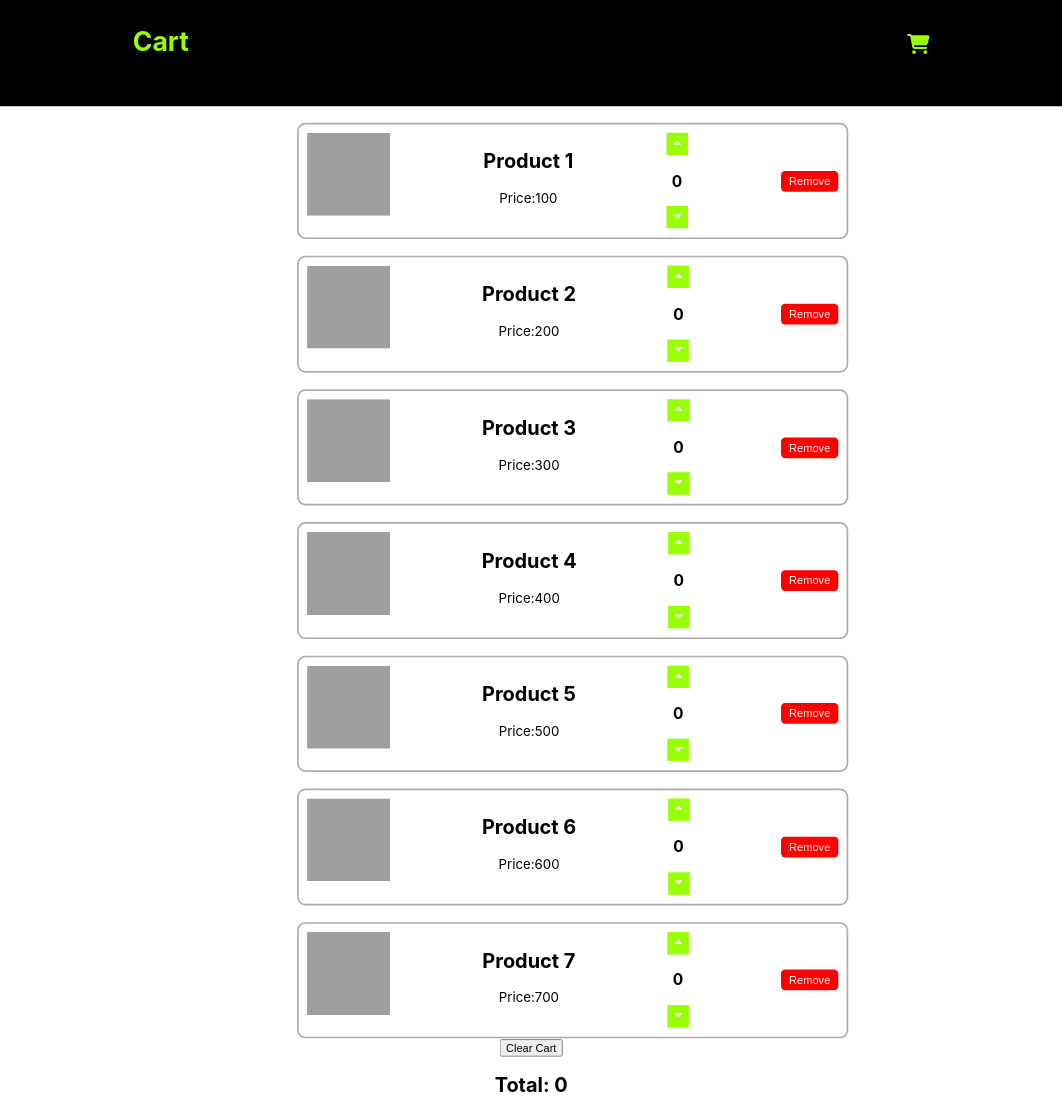
Repository: sriram1224/Cart-react-app
Page: /
The author's editor kept a copy of each file at every save. The page is drawn from the files as they stood at one save, then again after the next save.
The browser window is 1280 px wide. The pictures show the whole page, at 83% of full size.
Pictures or frames that could not be fetched are drawn as grey boxes. The project was rebuilt for these pictures with package versions that can differ from the ones it lists, and the page was loaded fresh each time.

Above is the page before, as saved 2024-03-12 22:26:19.

### public/index.html
<!DOCTYPE html>
<html lang="en">

<head>
  <meta charset="utf-8" />
  <link rel="icon" href="%PUBLIC_URL%/favicon.ico" />
  <meta name="viewport" content="width=device-width, initial-scale=1" />
  <meta name="theme-color" content="#000000" />
  <meta name="description" content="Web site created using create-react-app">
  <link rel="stylesheet"
    href="https://fonts.googleapis.com/css2?family=Material+Symbols+Outlined:opsz,wght,FILL,GRAD@24,400,0,0" />


  <title>React App</title>
</head>

<body>
  <noscript>You need to enable JavaScript to run this app.</noscript>
  <div id="root"></div>

</body>

</html>

### src/App.js
import Nav from "./Components/Nav.js"
import './App.css';
import Cart from './Components/cart.js';
function App() {
  return (
    <div className="App">

      <Cart />
    </div>
  );
}

export default App;

### src/Components/Nav.js
import { FontAwesomeIcon } from '@fortawesome/react-fontawesome';
import { faShoppingCart } from '@fortawesome/free-solid-svg-icons';
import './Navbar.css';

function Navbar({ cartItems }) {
      console.log(cartItems);
    return (

      <div className="nav-container">
      <div className="cart">
          <div className="heading">
              <h1>
              Cart
              </h1>
          </div>
      <h1>
        <div className="cart-icon-container">
          <FontAwesomeIcon icon={faShoppingCart} className="cart-icon" />
          {cartItems > 0 && (
            <span className="cart-count">{cartItems}</span>
          )}
        </div>

      </h1>
    </div>
      </div>
  );
}

export default Navbar;

### src/Components/cart.js
import React, { useState, useEffect } from "react";
import { BiSolidUpArrow, BiSolidDownArrow } from "react-icons/bi";
import Nav from './Nav'
import './cart.css'

function Cart() {
    const [products, setProducts] = useState([
        { id: "1", name: "Product 1", price: 100, quantity: 0, image: "https://images.unsplash.com/photo-1564466809058-bf4114d55352?w=500&auto=format&fit=crop&q=60&ixlib=rb-4.0.3&ixid=M3wxMjA3fDB8MHxzZWFyY2h8MjN8fHByb2R1Y3R8ZW58MHx8MHx8fDA%3D" },
        { id: "2", name: "Product 2", price: 200, quantity: 0, image: "https://images.unsplash.com/photo-1560343090-f0409e92791a?w=500&auto=format&fit=crop&q=60&ixlib=rb-4.0.3&ixid=M3wxMjA3fDB8MHxzZWFyY2h8N3x8cHJvZHVjdHxlbnwwfHwwfHx8MA%3D%3D" },
        { id: "3", name: "Product 3", price: 300, quantity: 0, image: "https://images.unsplash.com/photo-1560343090-f0409e92791a?w=500&auto=format&fit=crop&q=60&ixlib=rb-4.0.3&ixid=M3wxMjA3fDB8MHxzZWFyY2h8N3x8cHJvZHVjdHxlbnwwfHwwfHx8MA%3D%3D" },
        { id: "4", name: "Product 4", price: 400, quantity: 0, image: "https://images.unsplash.com/photo-1542291026-7eec264c27ff?w=500&auto=format&fit=crop&q=60&ixlib=rb-4.0.3&ixid=M3wxMjA3fDB8MHxzZWFyY2h8MTF8fHByb2R1Y3R8ZW58MHx8MHx8fDA%3D" },
        { id: "5", name: "Product 5", price: 500, quantity: 0, image: "https://images.unsplash.com/photo-1553456558-aff63285bdd1?w=500&auto=format&fit=crop&q=60&ixlib=rb-4.0.3&ixid=M3wxMjA3fDB8MHxzZWFyY2h8MTJ8fHByb2R1Y3R8ZW58MHx8MHx8fDA%3D" },
        { id: "6", name: "Product 6", price: 600, quantity: 0, image: "https://images.unsplash.com/photo-1553456558-aff63285bdd1?w=500&auto=format&fit=crop&q=60&ixlib=rb-4.0.3&ixid=M3wxMjA3fDB8MHxzZWFyY2h8MTJ8fHByb2R1Y3R8ZW58MHx8MHx8fDA%3D" },
        { id: "7", name: "Product 7", price: 700, quantity: 0, image: "https://images.unsplash.com/photo-1583394838336-acd977736f90?w=500&auto=format&fit=crop&q=60&ixlib=rb-4.0.3&ixid=M3wxMjA3fDB8MHxzZWFyY2h8MTl8fHByb2R1Y3R8ZW58MHx8MHx8fDA%3D" }
    ]);

    const [total, setTotal] = useState(0);
    const [cartItems, setCartItems] = useState(0);

    useEffect(() => {
        let newCartItems = 0;
        products.forEach(product => {
            newCartItems += product.quantity;
        });
        setCartItems(newCartItems);
    }, [products]);

    const increaseQuantity = (index) => {
        const updatedProducts = [...products];
        updatedProducts[index].quantity++;
        setProducts(updatedProducts);
        updateTotal();
    };

    const decreaseQuantity = (index) => {
        const updatedProducts = [...products];
        if (updatedProducts[index].quantity > 0) {
            updatedProducts[index].quantity--;
            setProducts(updatedProducts);
            updateTotal();
        }
    };

    const updateTotal = () => {
        let newTotal = 0;
        products.forEach((product) => {
            newTotal += product.quantity * product.price;
        });
        setTotal(newTotal);
    };

    const clearCart = () => {
        setProducts([]);
        setTotal(0);
        setCartItems(0);
    };

    const removeFromCart = (index) => {
        const updatedProducts = [...products];
        updatedProducts.splice(index, 1);
        setProducts(updatedProducts);
        updateTotal();
    };

    return (
        <div>
            <Nav cartItems={cartItems} />
            <div className="">
                {products.map((product, index) => {
                    return (
                        <div className="product-container" key={index}>
                            <img src={product.image} alt={product.name} />
                            <div className="text">
                            <h2>{product.name}</h2>
                            <p>Price:{product.price}</p></div>
                            <div className="button-quantity">
                                <button onClick={() => increaseQuantity(index)}>
                                    <span class="material-symbols-outlined">
arrow_drop_up
</span>
                                </button>
                                <h3>{product.quantity}</h3>
                                <button onClick={() => decreaseQuantity(index)}>
                                    <span class="material-symbols-outlined">
arrow_drop_down
</span>
                                </button>
                            </div>
                            <div className="rm-button">
                            <button onClick={() => removeFromCart(index)}>Remove</button>
                        </div></div>
                    );
                })}
                <button onClick={clearCart}>Clear Cart</button>
                <h2>Total: {total}</h2>
            </div>
        </div>
    );
}

export default Cart;

### src/Components/Navbar.css
.cart-icon-container {
    position: relative;
    display: inline-block;
}

.cart-icon {
    font-size: 1.5rem;
    color: rgb(152, 255, 7);

}

.cart-count {
    position: absolute;
    top: -10px;

    right: -10px;
    /* Adjust the horizontal positioning */
    background-color: red;
    color: white;
    border-radius: 50%;
    padding: 2px 6px;
    font-size: 0.8rem;
    /* Adjust the font size as needed */
}

.cart{
    display: flex;
    justify-content: space-between;
    margin: 0 10rem;
    align-items: center;
    padding-top: 10px;

}

.heading{
text-align: center;
color: rgb(152, 255, 7);
}

.nav-container{
    width: 100%;
    height: 8rem;
    background-color:rgb(0, 0, 0)
}

### src/Components/cart.css
.product-container{
    display: flex;
    gap: 20px;
    justify-content: space-between;
    width: 50%;
    position: relative;
    left: 28%;
    text-align: center;
    margin-top: 20px;
    border: 2px solid rgb(174, 170, 170);
    padding: 10px;
    border-radius: 10px;
}

.product-container img{
    width: 100px;
    height: 100px;
}
.rm-button{
    display: flex;
    align-items: center;
}
.rm-button button{

    background-color: red;
    color: white;
    border: none;
    padding: 5px 10px;
    border-radius: 5px;
    cursor: pointer;
}
.button-quantity span{
    color:rgb(255, 255, 255);

}

.button-quantity button{
   background-color: rgb(152, 255, 7);
    border: none;
    padding: 0px 1px;

    cursor: pointer;
}

.text{


    text-align: center;
    gap: 10px;
}
.text p{
    text-align: center;
}

Loaded but not shown: src/index.js (common file); src/index.css (common file); src/reportWebVitals.js (common file); src/App.css (common file)

After the next save:
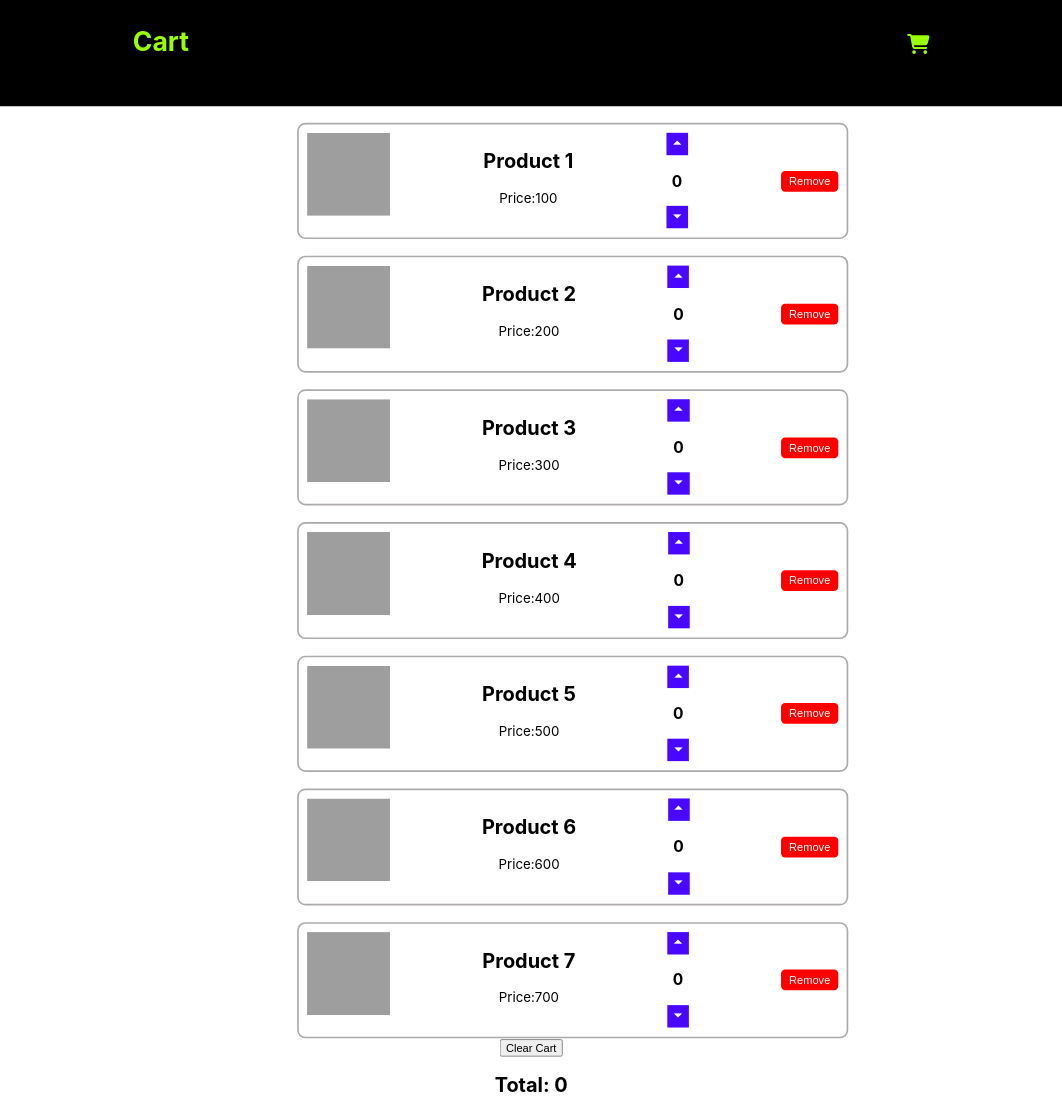
Saved 14 s later.
--- a/src/Components/cart.css
+++ b/src/Components/cart.css
@@ -35,7 +35,7 @@
 }
 
 .button-quantity button{
-   background-color: rgb(152, 255, 7);
+   background-color: rgb(73, 7, 255);
     border: none;
     padding: 0px 1px;
 
